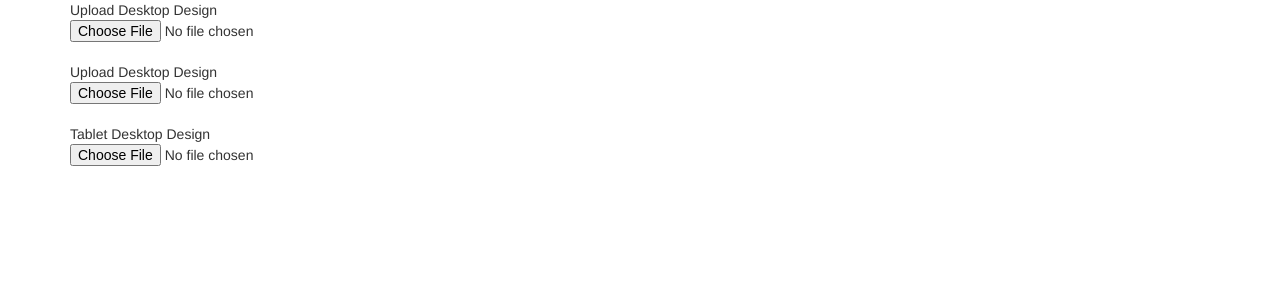
Repository: aneeshsingh/workspace
Page: http://localhost/analytics/Add_Product_Page_6.jsp
The author's editor kept a copy of each file at every save. The page is drawn from the files as they stood at one save, then again after the next save.
The browser window is 1280 px wide. The pictures show the whole page.
The page is served by Tomcat 9. Other server files are loaded and not shown.

Above is the page before, as saved 2016-03-07 03:10:08.

### analytics/war/Add_Product_Page_6.jsp
<!DOCTYPE html>
<html class="no-js" xmlns="http://www.w3.org/1999/xhtml"
	xml:lang="en-US" lang="en-US">

<%@ page import="com.macquarie.analytics.*"%>
<%@ page import="java.util.HashMap"%>
<%@ page import="java.util.Iterator"%>
<%@ page import="java.util.Map"%>
<%@ page import="java.sql.Connection"%>
<%@page language="java" session="true"%>

<head>
<!-- Latest compiled and minified CSS -->
<link rel="stylesheet"
	href="https://maxcdn.bootstrapcdn.com/bootstrap/3.3.6/css/bootstrap.min.css">

</head>
<body>


<form action="getAnalyticsServlet" method="post">
	<div class="container">


		<div class="row">

			<div class="col-md-12">
			<span>Upload Desktop Design</span>
			 <input type="file" name="file" id="file" /> <br/>
			</div>
		</div>

		<div class="row">

			<div class="col-md-12">

			<span>Upload Desktop Design</span>
			 <input type="file" name="file" id="file" /> <br/>
						</div>

		</div>





		<div class="row">

			<div class="col-md-12">

			<span>Tablet Desktop Design</span>
			 <input type="file" name="file" id="file" /> <br/>
			</div>

		</div>





	</div>


</form>

</body>
</html>

After the next save:
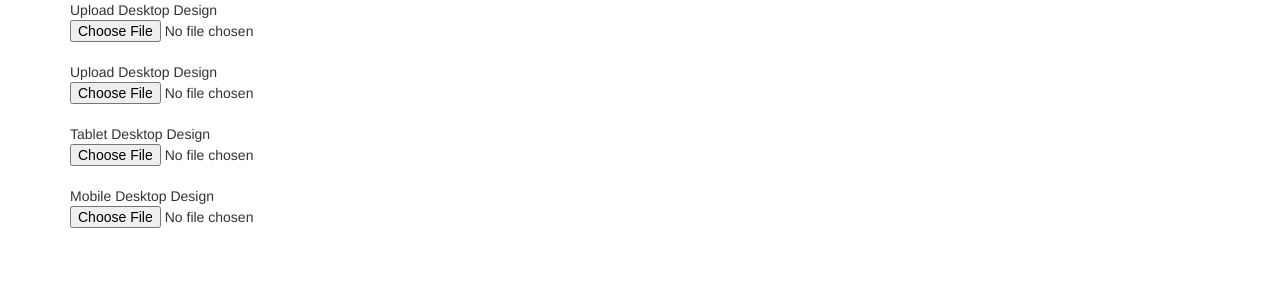
Saved 12 s later.
--- a/analytics/war/Add_Product_Page_6.jsp
+++ b/analytics/war/Add_Product_Page_6.jsp
@@ -56,6 +56,16 @@
 
 
 
+		<div class="row">
+
+			<div class="col-md-12">
+
+			<span>Mobile Desktop Design</span>
+			 <input type="file" name="file" id="file" /> <br/>
+			</div>
+
+		</div>
+
 
 
 	</div>
